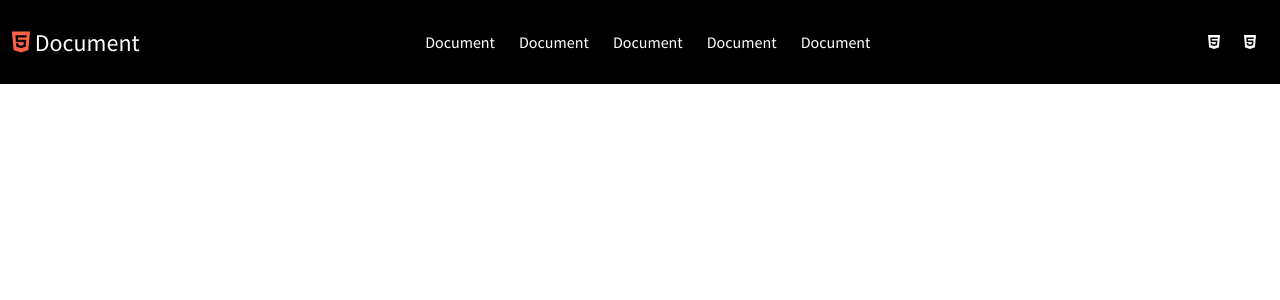
Repository: GoodHoneyCake/Dream_Coding_Academy2
Page: index.html
The author's editor kept a copy of each file at every save. The page is drawn from the files as they stood at one save, then again after the next save.
The browser window is 1280 px wide. The pictures show the whole page.
The pointer rests on the first visible `.navbar__menu li`.
Some web libraries are served in a nearby version.

Above is the page before, as saved 2021-01-07 16:33:48.

### index.html
<!DOCTYPE html>
<html lang="en">
  <head>
    <meta charset="UTF-8" />
    <meta name="viewport" content="width=device-width, initial-scale=1.0" />
    <title>Document</title>
    <link rel="stylesheet" href="style.css" />
    <link rel="preconnect" href="https://fonts.gstatic.com" />
    <link
      href="https://fonts.googleapis.com/css2?family=Source+Sans+Pro&display=swap"
      rel="stylesheet"
    />
    <script
      src="https://kit.fontawesome.com/c90a48a564.js"
      crossorigin="anonymous"
    ></script>
  </head>
  <body>
    <nav class="navbar">
      <div class="navbar__logo">
        <i class="fab fa-html5"></i>
        <a href="">Document</a>
      </div>
      <ul class="navbar__menu">
        <li><a href="">Document</a></li>
        <li><a href="">Document</a></li>
        <li><a href="">Document</a></li>
        <li><a href="">Document</a></li>
        <li><a href="">Document</a></li>
      </ul>
      <ul class="navbar__icons">
        <li><i class="fab fa-html5"></i></li>
        <li><i class="fab fa-html5"></i></li>
      </ul>
    </nav>
  </body>
</html>

### style.css
body {
  margin: 0;
  font-family: "Source Sans Pro", sans-serif;
}

a {
  text-decoration: none;
  color: white;
}

.navbar {
  display: flex;
  justify-content: space-between;
  align-items: center;
  background-color: black;
  padding: 8px 12px;
}

.navbar__logo {
  font-size: 24px;
  color: white;
}

.navbar__logo i {
  color: tomato;
}

.navbar__menu {
  display: flex;
  list-style: none;
  padding-left: 0;
}

.navbar__menu li {
  padding: 8px 12px;
}

.navbar__icons {
  list-style: none;
  color: white;
  display: flex;
}

.navbar__icons i {
  padding: 8px 12px;
}

After the next save:
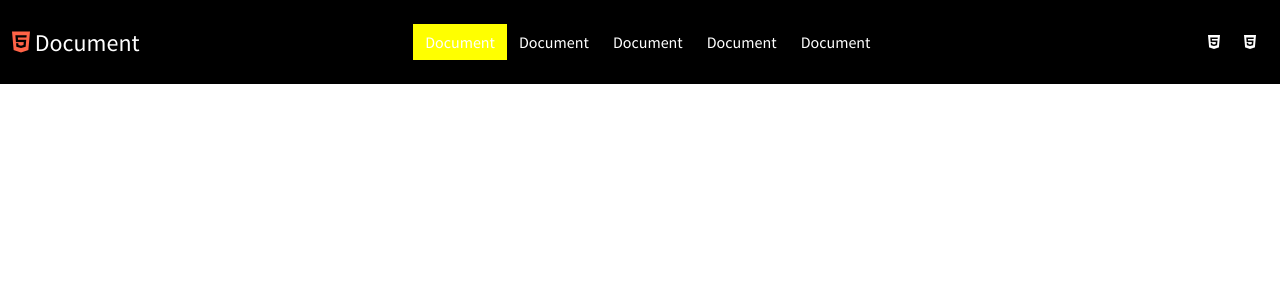
Saved 20 s later.
--- a/style.css
+++ b/style.css
@@ -35,6 +35,10 @@
   padding: 8px 12px;
 }
 
+.navbar__menu li:hover {
+  background-color: yellow;
+}
+
 .navbar__icons {
   list-style: none;
   color: white;
